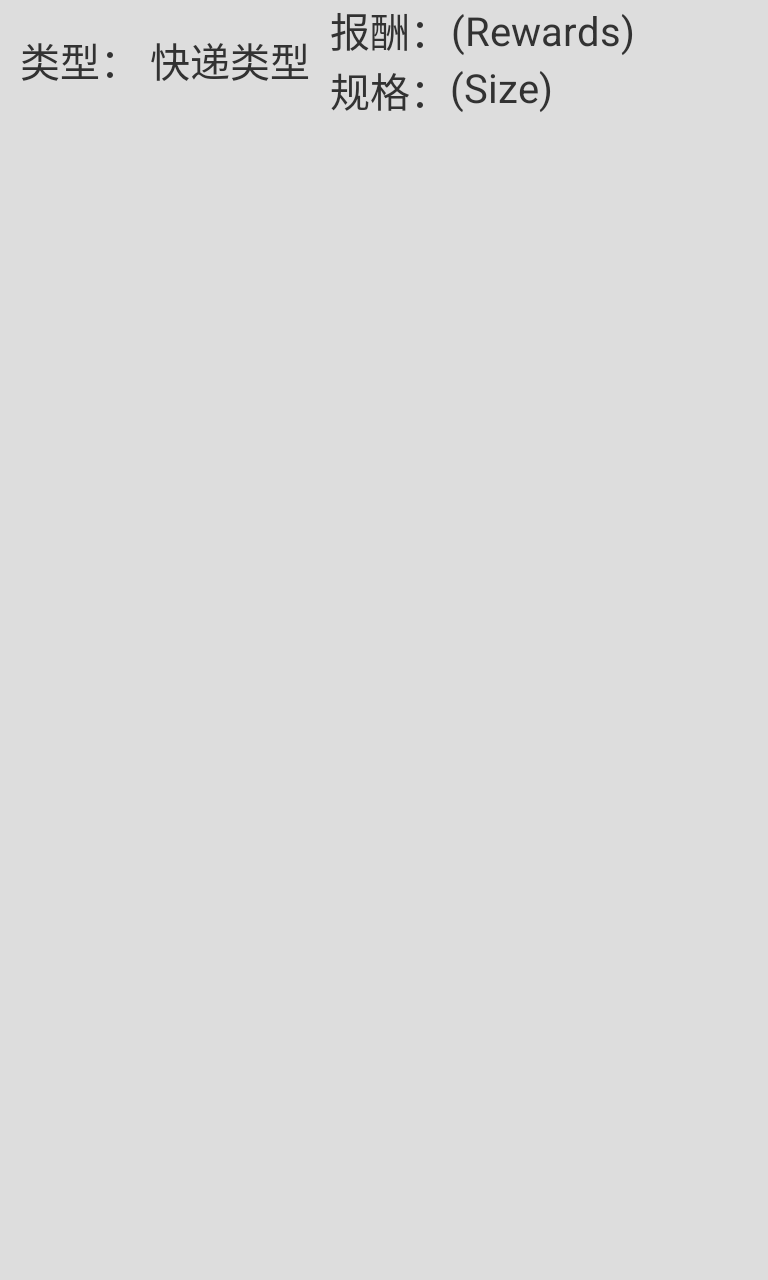
Repository: fariashen/campus-express
Layout: easyCourier/res/layout/item_request.xml
These files come from the project's save history. The layout is drawn as it stood at one moment and after the next save; the edit follows.
It is drawn on a 768 x 1280 px phone screen (xhdpi) without system bars, with theme AppTheme; the app's code is not run. The app's manifest (not shown) leaves right-to-left support off. So textAlignment, textDirection and layoutDirection are ignored, and left and right values win over start and end ones.

Above is the layout before, as saved 2016-04-25 09:16:30.

### easyCourier/res/layout/item_request.xml
<?xml version="1.0" encoding="utf-8"?>
<RelativeLayout xmlns:android="http://schemas.android.com/apk/res/android"
    android:layout_width="match_parent"
    android:layout_height="wrap_content"
    style="@style/common_vertical_division_line_style"
    android:orientation="vertical"
    android:paddingBottom="20dp"
    android:layout_marginTop="10dp" >

    <TextView
        android:id="@+id/tv_tip_itemKinds"
        android:layout_width="wrap_content"
        android:layout_height="wrap_content"
        android:layout_marginLeft="10dp"
        android:layout_marginTop="15dp"
        android:text="类型："
        android:textSize="20sp" />

    <TextView
        android:id="@+id/tv_itemKinds"
        android:layout_width="90dp"
        android:layout_height="wrap_content"
        android:layout_marginTop="15dp"
        android:layout_marginLeft="5dp"
        android:layout_toEndOf="@id/tv_tip_itemKinds"
        android:text="快递类型"
        android:textSize="20sp" />

    <TextView
        android:id="@+id/tv_tip_itemReward"
        android:layout_width="wrap_content"
        android:layout_height="30dp"
        android:layout_toEndOf="@id/tv_itemKinds"
        android:text="报酬："
        android:textSize="20sp" />

    <TextView
        android:id="@+id/tv_itemReward"
        android:layout_width="wrap_content"
        android:layout_height="30dp"
        android:layout_toEndOf="@id/tv_tip_itemReward"
        android:gravity="center"
        android:text="(Rewards)"
        android:textSize="20sp" />



    <TextView
        android:id="@+id/tv_tip_itemSize"
        android:layout_width="wrap_content"
        android:layout_height="30dp"
        android:layout_toEndOf="@id/tv_itemKinds"
        android:layout_below="@id/tv_tip_itemReward"
        android:text="规格："
        android:textSize="20sp" />

    <TextView
        android:id="@+id/tv_itemSize"
        android:layout_width="wrap_content"
        android:layout_height="30dp"
        android:layout_below="@id/tv_itemReward"
        android:layout_toEndOf="@id/tv_tip_itemSize"
        android:text="(Size)"
        android:textSize="20sp" />

</RelativeLayout>

### easyCourier/res/values/styles.xml
<resources xmlns:android="http://schemas.android.com/apk/res/android">

    <!--
        Base application theme, dependent on API level. This theme is replaced
        by AppBaseTheme from res/values-vXX/styles.xml on newer devices.
    -->
    <style name="AppBaseTheme" parent="android:Theme.Light">
        <!--
            Theme customizations available in newer API levels can go in
            res/values-vXX/styles.xml, while customizations related to
            backward-compatibility can go here.
        -->
    </style>

    <!-- Application theme. -->
    <style name="AppTheme" parent="AppBaseTheme">
        <!-- All customizations that are NOT specific to a particular API-level can go here. -->
    </style>

    <!-- 最外层样式 -->
    <style name="wrap_layout">
        <item name="android:orientation">vertical</item>
        <item name="android:layout_height">wrap_content</item>
        <item name="android:layout_width">match_parent</item>
        <item name="android:layout_marginLeft">8dp</item>
        <item name="android:layout_marginRight">8dp</item>
        <item name="android:layout_marginTop">8dp</item>
		<item name="android:padding">1px</item>
        <item name="android:background">@drawable/bg_layout_shape</item>

    </style>

    <!-- 共用层样式 -->
    <style name="base_layout">
        <item name="android:orientation">horizontal</item>
		 <item name="android:layout_width">match_parent</item>
		 <item name="android:layout_height">wrap_content</item>
		 <item name="android:paddingTop">16dp</item>
		 <item name="android:paddingBottom">16dp</item>
		 <item name="android:paddingLeft">12dp</item>
		 <item name="android:paddingRight">12dp</item>
        <item name="android:gravity">center_vertical</item>
         <item name="android:focusable">true</item>
        <item name="android:clickable">true</item>
    </style>


    <!-- 上圆角样式 -->
    <style name="top_layout" parent="base_layout">
        <item name="android:background">@drawable/top_layout_selector</item>
    </style>


    <!--无圆角样式  -->
    <style name="mid_layout" parent="base_layout">
         <item name="android:background">@drawable/mid_layout_selector</item>
    </style>

        <!-- 下圆角样式 -->
    <style name="bottom_layout"  parent="base_layout">
          <item name="android:background">@drawable/bottom_layout_selector</item>
    </style>

    <!-- 全圆角样式 -->
    <style name="single_layout" parent="base_layout">
        <item name="android:background">@drawable/single_layout_selector</item>
    </style>



    <!-- textview样式 -->
    <style name="usertext">
        <item name="android:textSize">16dp</item>
        <item name="android:textColor">@color/text_clo</item>
        <item name="android:layout_width">wrap_content</item>
        <item name="android:layout_height">wrap_content</item>
        <item name="android:layout_weight">1</item>
    </style>


    <!-- 文本右边箭头样式 -->
    <style name="img_arrow">
        <item name="android:layout_width">wrap_content</item>
        <item name="android:layout_height">wrap_content</item>
        <item name="android:src">@drawable/setting_arrow</item>

    </style>


   <!-- view分割线样式 -->
    <style name="bg_line">
        <item name="android:layout_width">match_parent</item>
        <item name="android:layout_height">1px</item>
        <item name="android:background">@color/border_clo</item>
    </style>

    <style name="common_vertical_division_line_style">
    <item name="android:layout_width">0.5dp</item>
    <item name="android:layout_height">match_parent</item>
    <item name="android:background">#dddddd</item>
    </style>



    <!--  这个是加入退出时界面的代码 -->
    <style name="mypopwindow_anim_style">
        <item name="android:windowEnterAnimation">@anim/popshow_anim</item>
 <!-- 指定显示的动画xml -->

        <item name="android:windowExitAnimation">@anim/pophidden_anim</item>
 <!-- 指定消失的动画xml -->
    </style>
</resources>

Loaded but not shown: easyCourier/res/values-v11/styles.xml (common file); easyCourier/res/values-v14/styles.xml (common file)

After the next save:
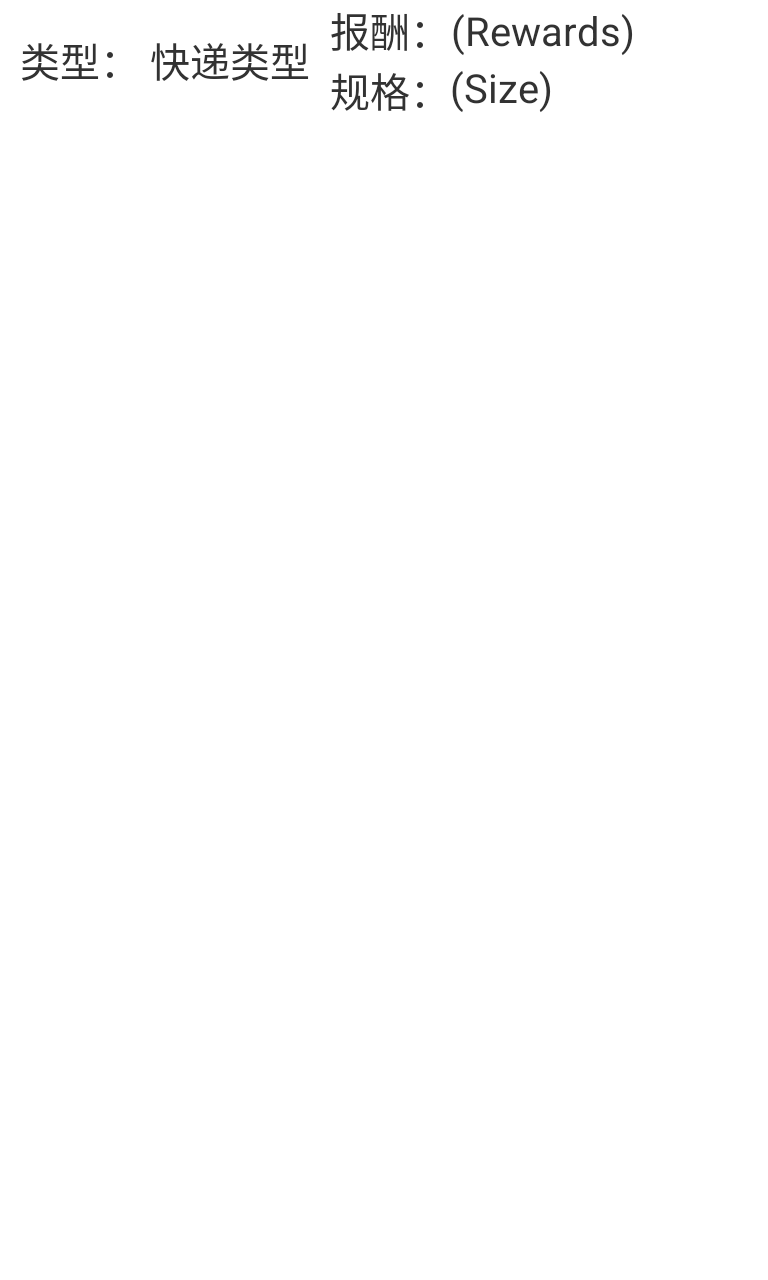
Saved 2 min 8 s later.
--- a/easyCourier/res/layout/item_request.xml
+++ b/easyCourier/res/layout/item_request.xml
@@ -2,7 +2,6 @@
 <RelativeLayout xmlns:android="http://schemas.android.com/apk/res/android"
     android:layout_width="match_parent"
     android:layout_height="wrap_content"
-    style="@style/common_vertical_division_line_style"
     android:orientation="vertical"
     android:paddingBottom="20dp"
     android:layout_marginTop="10dp" >
